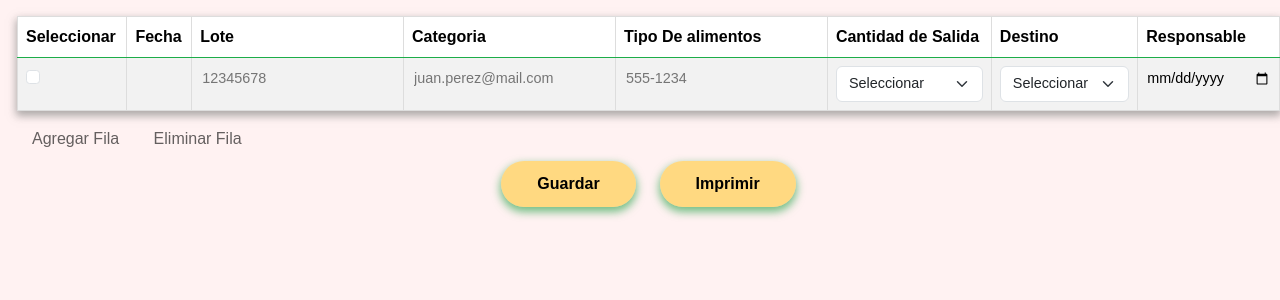
Repository: Mateojimenezz/Granja-Santa-Helena
Page: registroDiarioDeAlimentos.html
These files come from the project's save history. The page is drawn as it stood at one moment and after the next save; the edit follows.
The browser window is 1280 px wide. The pictures show the whole page.
Some web fonts or font styles are not loaded; a fallback is used.

Above is the page before, as saved 2025-04-22 15:38:09.

### registroDiarioDeAlimentos.html
<!DOCTYPE html>
<html lang="es">
<head>
    <meta charset="UTF-8">
    <meta name="viewport" content="width=device-width, initial-scale=1.0">
    <title>Registro Diario de Alimentos</title>
    <link href="https://cdn.jsdelivr.net/npm/bootstrap@5.3.3/dist/css/bootstrap.min.css" rel="stylesheet" integrity="sha384-QWTKZyjpPEjISv5WaRU9OFeRpok6YctnYmDr5pNlyT2bRjXh0JMhjY6hW+ALEwIH" crossorigin="anonymous">
     <link rel="stylesheet" href="https://cdn.jsdelivr.net/npm/bootstrap-icons@1.11.3/font/bootstrap-icons.min.css">
     <link rel="stylesheet" href="./assets/css/tablas.css"> <!-- Enlace a tu CSS -->
    <link href="https://fonts.googleapis.com/css2?family=Calistoga&display=swap" rel="stylesheet">
  </head>
<body>
    <main>
        <table class="table table-striped  mt-3 " id="userTable">
          <thead class="table">
            <tr>
              <th>Seleccionar</th> <!-- Nueva columna -->
              <th>Fecha</th>
              <th>Lote</th>
              <th>Categoria</th>
              <th>Tipo De alimentos</th>
              <th>Cantidad de Salida</th>
              <th>Destino</th>
              <th>Responsable</th>
            </tr>
          </thead>
          <tbody>
            <tr>
              <td>
                <input type="checkbox" class="form-check-input" />
              </td>
              <td>


              </td>
              <td>
                <input type="text" class="input-no-border" placeholder="12345678" />
              </td>
              <td>
                <input type="email" class="input-no-border" placeholder="juan.perez@mail.com" />
              </td>
              <td>
                <input type="tel" class="input-no-border" placeholder="555-1234" />
              </td>
              <td>
                <!-- Selector proveedores -->
                <select class="form-select">
                  <option selected disabled>Seleccionar</option> <!-- Opción predeterminada -->
                  <option value="Proveedor 1">Proveedor 1</option>
                  <option value="Proveedor 2">Proveedor 2</option>
                  <option value="Proveedor 3">Proveedor 3</option>
                </select>
              </td>
              <td>
                <!-- Selector de Lote -->
                <select class="form-select">
                  <option selected disabled>Seleccionar</option> <!-- Opción predeterminada -->
                  <option value="Lote 1">lote 1</option>
                  <option value="Lote 2">Lote 2</option>
                  <option value="Lote 3">Lote 3</option>
                </select>
              </td>
              <td>
                <input type="date" class="input-no-border" placeholder="555-1234" />
              </td>
            </tr>
            <!-- Más filas aquí -->
          </tbody>
        </table>
        <a id="addUserButton" class=" btn-agregar-usuario mt-3">Agregar Fila</a>
        <a id="deleteUserButton" class=" btn-agregar-usuario mt-3">Eliminar Fila</a>
      </main>

      <footer class="d-flex justify-content-center align-items-center  text-white gap-4">
        <button class="btn ">Guardar</button>
        <button id="printButton" class="btn ">Imprimir</button>
      </footer>

      <script src="https://cdnjs.cloudflare.com/ajax/libs/jspdf/2.4.0/jspdf.umd.min.js"></script>
      <script src="https://cdnjs.cloudflare.com/ajax/libs/jspdf-autotable/3.5.25/jspdf.plugin.autotable.min.js"></script>
      <script src="https://cdn.jsdelivr.net/npm/bootstrap@5.3.3/dist/js/bootstrap.bundle.min.js" integrity="sha384-YvpcrYf0tY3lHB60NNkmXc5s9fDVZLESaAA55NDzOxhy9GkcIdslK1eN7N6jIeHz" crossorigin="anonymous"></script>
      <script src="/assets/js/inventarioDeAlimentos.js"></script> <!--  agregar y eliminar filas en la tabla-->
      <script src="/assets/js/imprimirtabla.js"></script> <!-- imprimir tabla -->

</body>

</html>

### assets/css/tablas.css
@import "./variables.css";
body {
  background-color: var(--color-FondoDiv2);
    font-family: Arial;
    margin-left: 17px;
    padding: 0;
  }


  table {
    width: 100%;
    border-collapse: collapse;
    margin: 0 auto;

  }

  table, th, td {
    border: 1px solid #ddd;
    box-shadow: 0 4px 8px 1px  rgba(120, 122, 120, 0.6) /* Sombra verde */

  }

  th, td {
    padding: 10px;
    text-align: left;
  }

  th {
    border-bottom: 1px solid var(--color-principal);


  }

  .btn {
    background-color: var(  --color-Botones);
    padding: 10px 35px;
    border-radius: 30px;
    color: black;
    font-weight: bold;
    box-shadow: 0 4px 8px 1px  rgba(25, 157, 60, 0.6) /* Sombra verde */
  }
  .btn:hover {
    background-color: #f4cf50; /* Tonalidad más oscura */
    color: black;
  }
  .btn:active {
    background-color:var(--color-principal)!important;
    color: white !important;
    box-shadow: none !important;
  }
  .btn-agregar-usuario {
    text-decoration: none;
    padding: 10px 15px;
    color:var(  --color-TextoMenuLateral);

  }
  .btn-agregar-usuario:hover {
    color:var(--color-principal); /* Cambia el color al pasar el mouse */
    text-decoration: underline; /* Subraya el texto */
  }

  /* Eliminar bordes de los inputs */
  .input-no-border {
    border: none; /* Sin bordes */
    outline: none; /* Sin resalte al enfocarse */
    background-color: transparent; /* Fondo transparente */
    width: 100%; /* Ocupa el ancho disponible */
  }

  /* Ajuste de tablas para diseño responsivo */
  #userTable {
    width: 100%; /* Ancho total de la tabla */
  }

  #userTable input,
  #userTable select {
    font-size: 0.9rem; /* Ajusta el tamaño del texto */
  }


  footer {
    text-align: center;
    padding: 10px;
  }
  @media (max-width: 768px) {
    .fixed-buttons {
      position: fixed;
      bottom: 20px;
      left: 20px;
      z-index: 1000;
    }

    #userTable {
      overflow-x: auto; /* Scroll horizontal en pantallas pequeñas */
      display: block;
    }
  }

  /* Opcional para mejorar el diseño */
  #userTable {
    width: 100%; /* Ocupa todo el ancho del contenedor */
  }

### assets/js/inventarioDeAlimentos.js
 // Función para añadir una nueva fila a la tabla
 const addUserButton = document.getElementById('addUserButton');
 const userTableBody = document.querySelector('#userTable tbody');


 addUserButton.addEventListener('click', function () {
   const newRow = document.createElement('tr');

   newRow.innerHTML = `
     <td>
       <input type="checkbox" class="form-check-input" />
     </td>
     <td>
       <input type="text" class="input-no-border" placeholder="Nombre" />
     </td>
     <td>
       <input type="text" class="input-no-border" placeholder="Identificación" />
     </td>
     <td>
       <input type="email" class="input-no-border" placeholder="Email" />
     </td>
     <td>
       <input type="tel" class="input-no-border" placeholder="Teléfono" />
     </td>
     <td>
        <select class="form-select">
            <option selected disabled>Seleccionar</option> <!-- Opción predeterminada -->
            <option value="Proveedor 1">Proveedor 1</option>
            <option value="Proveedor 2">Proveedor 2</option>
            <option value="Proveedor 3">Proveedor 3</option>
        </select>
    </td>
    <td>
         <select class="form-select">
            <option selected disabled>Seleccionar</option> <!-- Opción predeterminada -->
            <option value="Lote 1">lote 1</option>
            <option value="Lote 2">Lote 2</option>
            <option value="Lote 3">Lote 3</option>
        </select>
    </td>
     <td>
        <input type="date" class="input-no-border" placeholder="555-1234" />
      </td>

   `;

   userTableBody.appendChild(newRow);
 });
 // Función para eliminar la fila seleccionada o la última fila si no hay ninguna seleccionada
 deleteUserButton.addEventListener('click', function () {
    // Buscar filas seleccionadas
    const selectedRows = Array.from(document.querySelectorAll('#userTable tbody tr')).filter(row => {
      const checkbox = row.querySelector('.form-check-input');
      return checkbox && checkbox.checked;
    });

    if (selectedRows.length > 0) {
      // Eliminar las filas seleccionadas
      selectedRows.forEach(row => row.remove());
    } else {
      // Si no hay filas seleccionadas, eliminar la última fila
      const rows = document.querySelectorAll('#userTable tbody tr');
      if (rows.length > 0) {
        rows[rows.length - 1].remove();
      }
    }
  });

  printButton.addEventListener('click', function () {
    // Crear un nuevo documento PDF
    const { jsPDF } = window.jspdf;
    const doc = new jsPDF();

    // Obtener los datos de la tabla
    const table = document.getElementById('userTable');
    doc.autoTable({
      head: [['Seleccionar', 'Nombre', 'Identificación', 'Email', 'Teléfono', 'Rol', 'Asignar Permisos']], // Encabezados
      body: Array.from(table.querySelectorAll('tbody tr')).map(row => {
        return Array.from(row.cells).map(cell => {
          const input = cell.querySelector('input, select');
          return input ? input.value || input.options[input.selectedIndex]?.text : cell.textContent.trim();
        });
      }),
    });

    // Guardar como archivo PDF
    doc.save('tabla_usuarios.pdf'); // Nombre del archivo
  });

### assets/js/imprimirtabla.js
// Este script se encarga de imprimir la tabla de usuarios en formato PDF
  const printButton = document.getElementById('printButton');
  printButton.addEventListener('click', function () {
    // Crear un nuevo documento PDF
    const { jsPDF } = window.jspdf;
    const doc = new jsPDF();

    // Obtener los datos de la tabla
    const table = document.getElementById('userTable');
    doc.autoTable({
      head: [['Seleccionar', 'Nombre', 'Identificación', 'Email', 'Teléfono', 'Rol', 'Asignar Permisos']], // Encabezados
      body: Array.from(table.querySelectorAll('tbody tr')).map(row => {
        return Array.from(row.cells).map(cell => {
          const input = cell.querySelector('input, select');
          return input ? input.value || input.options[input.selectedIndex]?.text : cell.textContent.trim();
        });
      }),
    });

    // Guardar como archivo PDF
    doc.save('tabla_usuarios.pdf'); // Nombre del archivo
  });

### assets/css/variables.css
/* variables.css */
:root {
    --color-principal: #1CAD48 ;
    --color-Botones: rgba(255, 187, 0, 0.47);
    --color-texto: white;
    --color-fondo: #f5f5f5;
    --font-principal: 'calistoga','arial';
    --color-fondoDiv: #F8E91C;
    --color-FondoDiv2:#FFF2F2;
    --color-Footter: #D9D9D9;
    --letra-gris: #B0B0B7;
    --color-menu-lateral:#BDEAAD;
    --color-TextoMenuLateral:#645f5f; /* Color de texto del menú lateral */
    --fondo-formularios:#FFFFFF; /* Color de fondo de los formularios */
  }

After the next save:
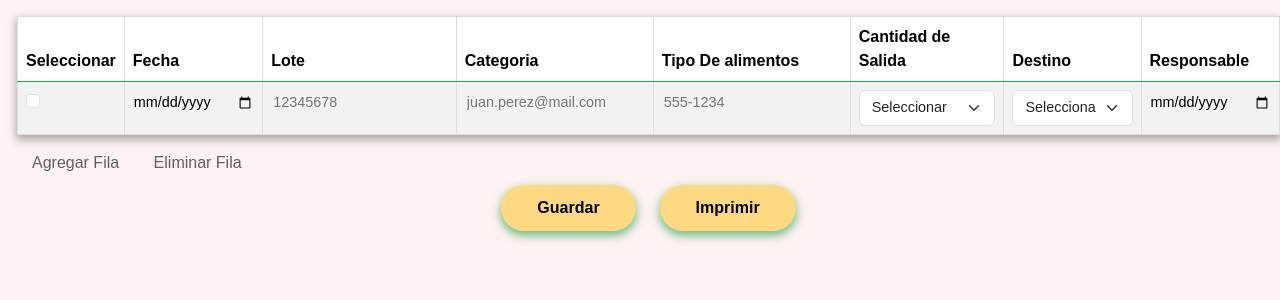
Saved 6 s later.
--- a/registroDiarioDeAlimentos.html
+++ b/registroDiarioDeAlimentos.html
@@ -30,7 +30,7 @@
                 <input type="checkbox" class="form-check-input" />
               </td>
               <td>
-
+                <input type="date" class="input-no-border" placeholder="555-1234" />
 
               </td>
               <td>
